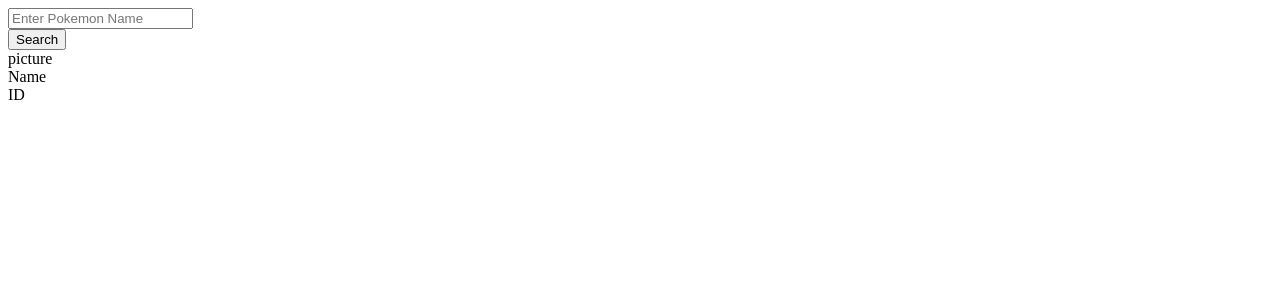
Repository: yucheng91/CIassignment2
Page: index.html
The author's editor kept a record of every edit. The page is drawn from the files as they stood at one moment, then again after the next edit.
The browser window is 1280 px wide. The pictures show the whole page.
Some web libraries are served in a nearby version.

Above is the page before.
Console error: ReferenceError: getPokemonID is not defined

After the next edit:
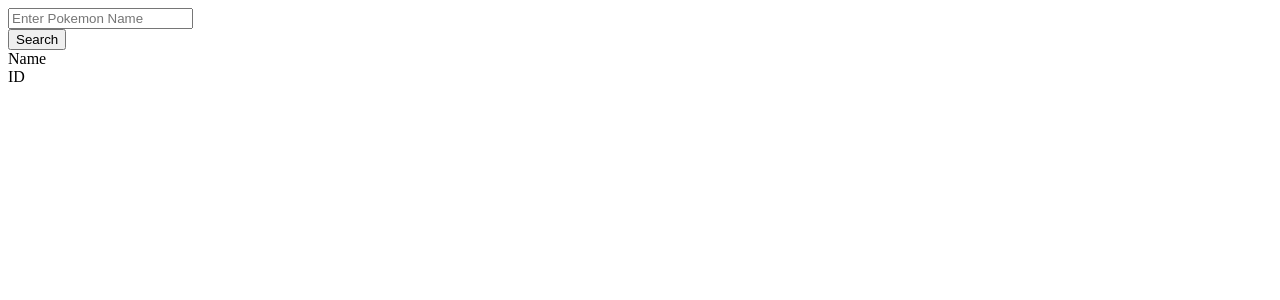
The edit:
--- a/index.html
+++ b/index.html
@@ -14,11 +14,6 @@
     <input id="NameInput" type="text" placeholder="Enter Pokemon Name">
     <br>
     <button onClick="NameSearch()">Search</button>
-
-    <div>
-        picture
-    </div>
-
     <div>
         Name
     </div>
